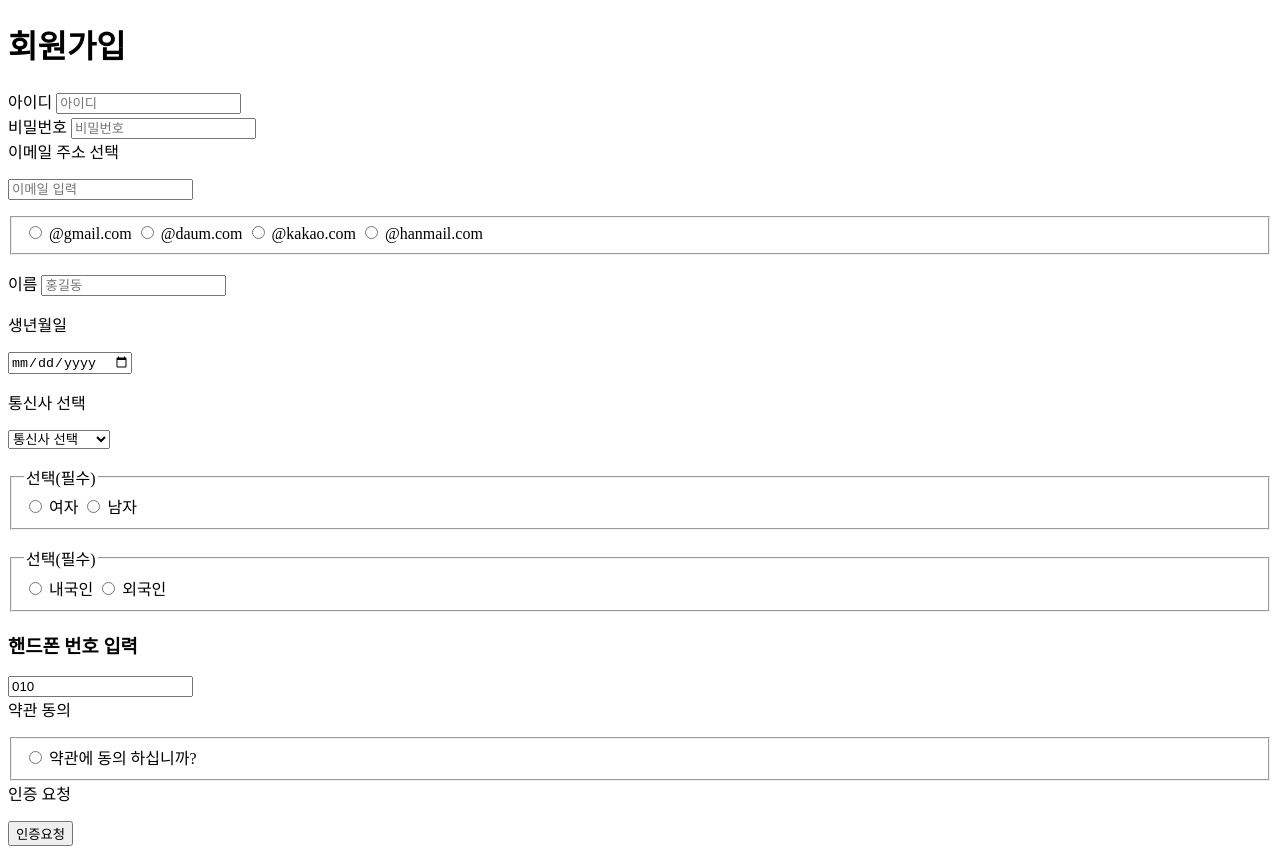
Repository: guswnsdldl/gb
Page: html workspace/h_form/src/main/webapp/join.html
An editor plug-in stored every save of this project. The page is shown before and after the next save, followed by the edit.
The browser window is 1280 px wide. The pictures show the whole page.

Above is the page before, as saved 2024-08-06 08:14:46.

After the next save:
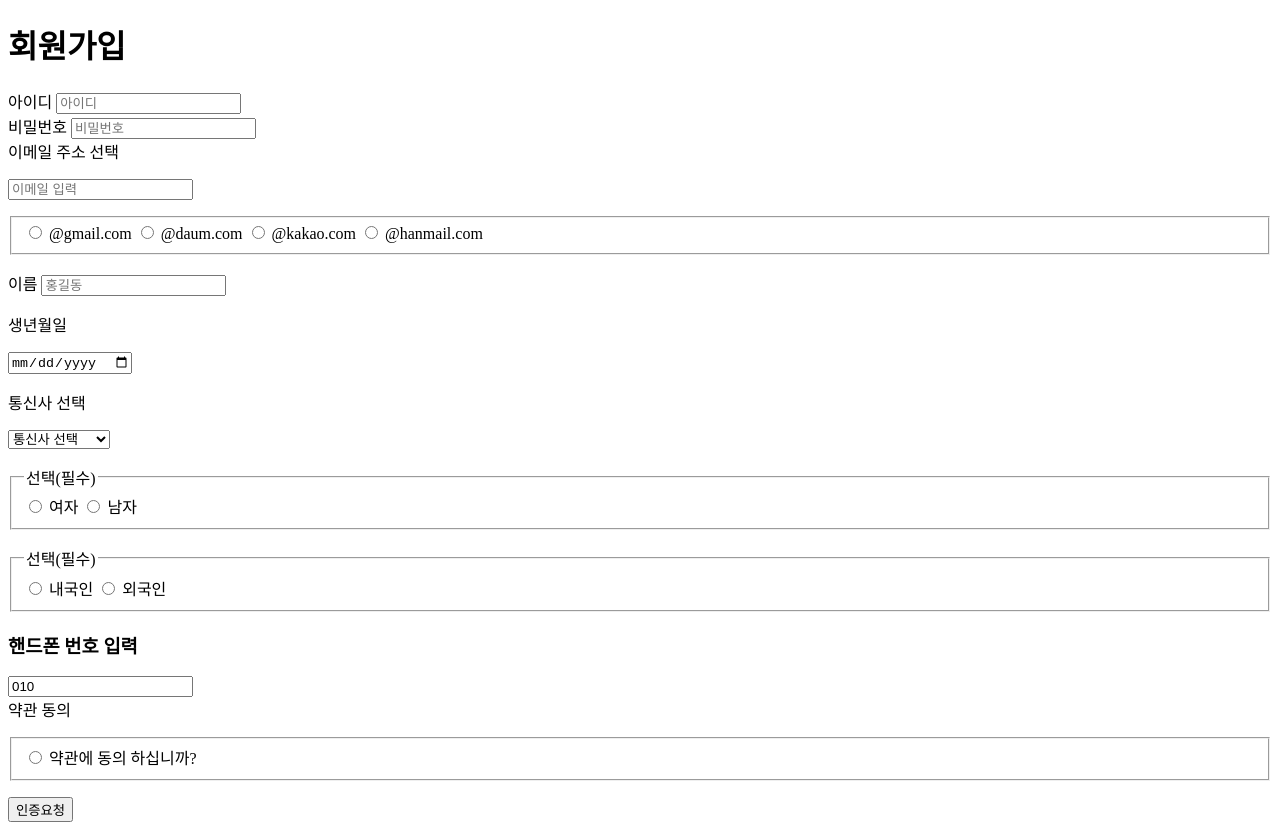
Saved 23 s later.
--- a/html workspace/h_form/src/main/webapp/join.html
+++ b/html workspace/h_form/src/main/webapp/join.html
@@ -75,7 +75,7 @@
             약관에 동의 하십니까?</label>
 </fieldset>
 </div>
-<div> 인증 요청
+<div>
 <p> <input type="button" value="인증요청" required>
 
 
